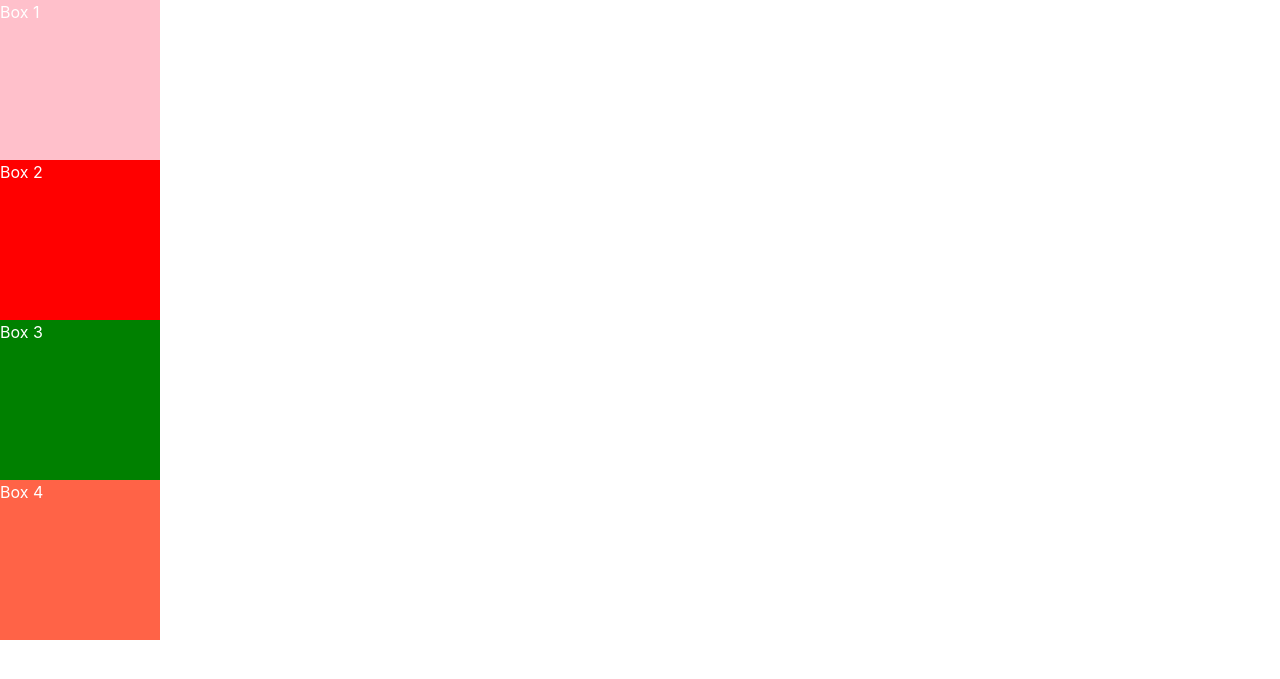
Repository: noutijo/learn-in-depth-chakra-ui
Page: /
The author's editor kept a copy of each file at every save. The page is drawn from the files as they stood at one save, then again after the next save.
The browser window is 1280 px wide. The pictures show the whole page.
The project was rebuilt for these pictures with package versions that can differ from the ones it lists, and the page was loaded fresh each time. Also part of the build but not shown: vite.config.ts.

Above is the page before, as saved 2023-01-30 13:13:21.

After the next save:
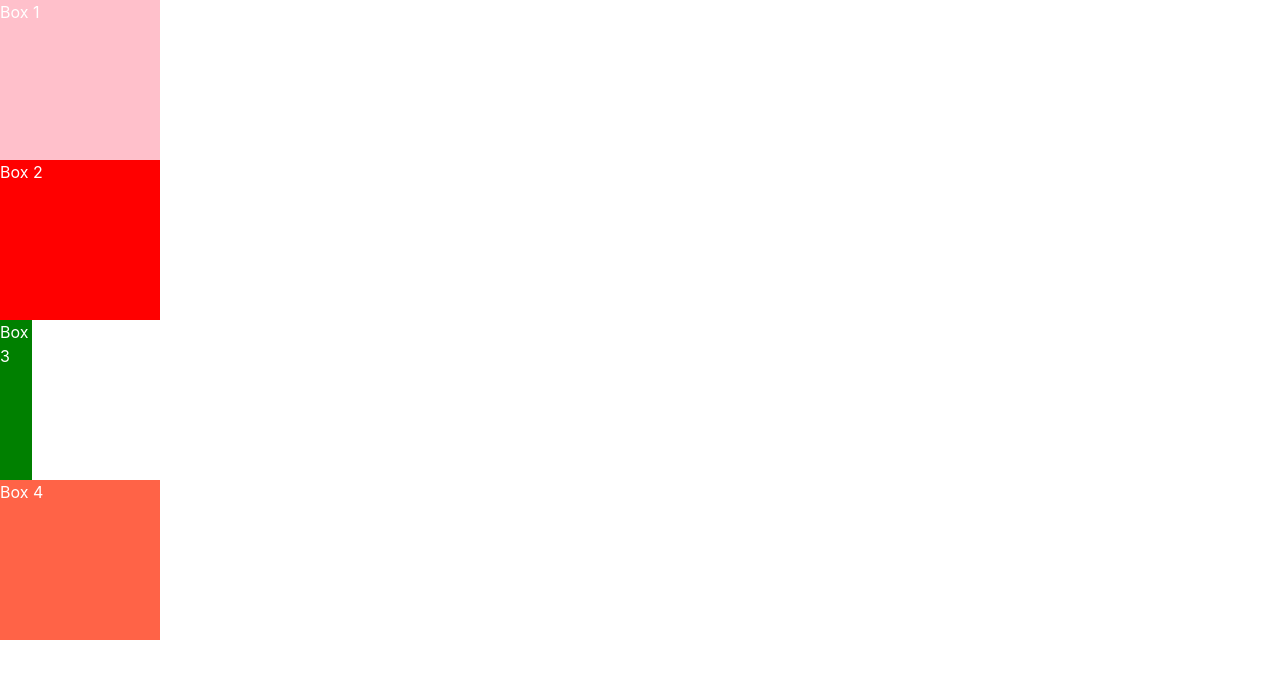
Saved 23 s later.
--- a/src/App.tsx
+++ b/src/App.tsx
@@ -6,7 +6,7 @@ function App() {
     <div className="App">
       <Box bg="pink" w="10rem" h="10rem" color="white"> Box 1</Box>
       <Box bg="red" w="10rem" h="10rem" color="white"> Box 2</Box>
-      <Box bg="green" w="10rem" h="10rem" color="white"> Box 3</Box>
+      <Box bg="green" w="2rem" h="10rem" color="white"> Box 3</Box>
       <Box bg="tomato" w="10rem" h="10rem" color="white"> Box 4</Box>
     </div>
   )
